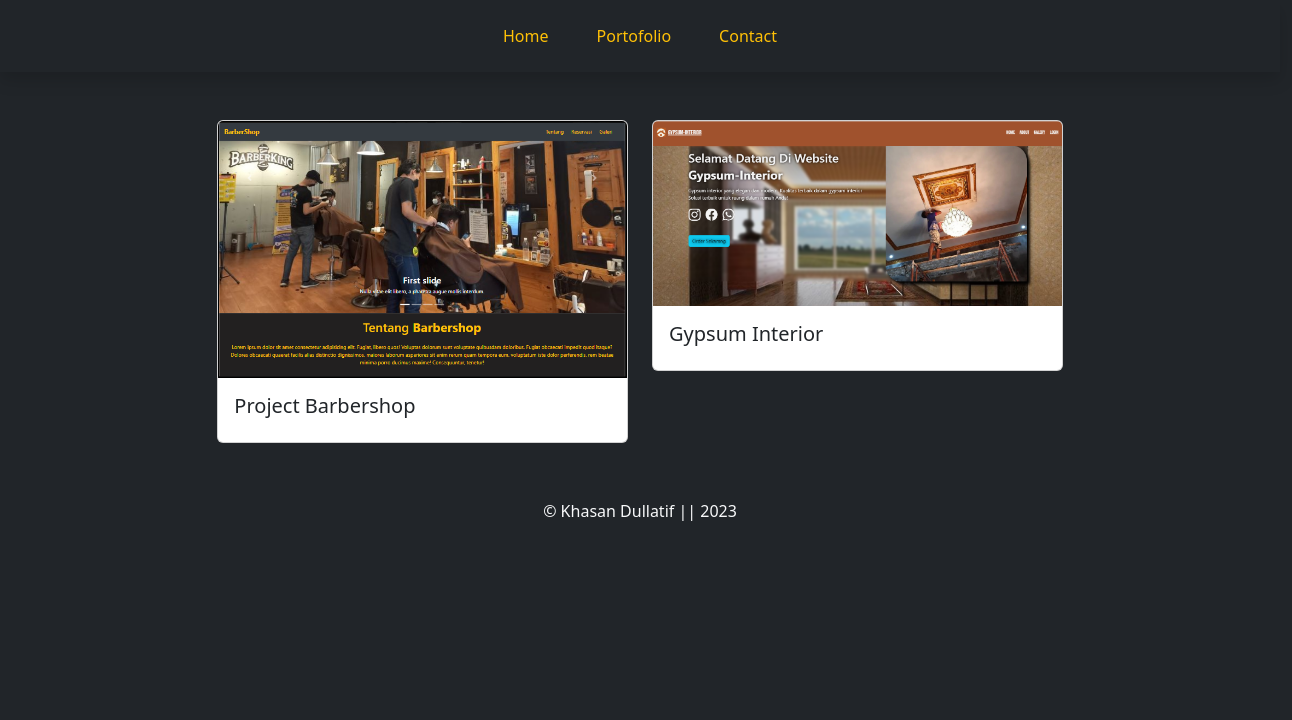
Repository: AHSANS354/Tugas-MSIB-5-GitHub
Page: tugas/tugas bootsrap/portofolio.html
These files come from the project's save history. The page is drawn as it stood at one moment and after the next save; the edit follows.
The browser window is 1280 px wide. The page is 1292 px wide, so the pictures cover 1292 px, including what lies to the right of the window. The pictures show the whole page.

Above is the page before, as saved 2023-09-19 17:42:43.

### tugas/tugas bootsrap/portofolio.html
<!DOCTYPE html>
<html lang="en">
  <head>
    <meta charset="utf-8" />
    <meta name="viewport" content="width=device-width, initial-scale=1" />
    <title>Bootstrap demo</title>
    <link href="https://cdn.jsdelivr.net/npm/bootstrap@5.3.2/dist/css/bootstrap.min.css" rel="stylesheet" integrity="sha384-T3c6CoIi6uLrA9TneNEoa7RxnatzjcDSCmG1MXxSR1GAsXEV/Dwwykc2MPK8M2HN" crossorigin="anonymous" />
  </head>
  <body class="bg-dark">
    <div class="home">
      <div class="row">
        <ul class="nav fixed-top justify-content-center bg-dark p-3 gap-3 shadow">
          <li class="nav-item">
            <a class="nav-link text-warning" href="home.html">Home</a>
          </li>
          <li class="nav-item">
            <a class="nav-link text-warning" href="portofolio.html">Portofolio</a>
          </li>
          <li class="nav-item">
            <a class="nav-link text-warning" href="contact.html">Contact</a>
          </li>
        </ul>
      </div>
      <div class="tab-content">
        <div class="row mt-5 pt-5 row-cols-1 row-cols-md-3 g-4 d-flex justify-content-center">
          <div class="col">
            <div class="card">
              <img src="images/barber.png" class="card-img-top" alt="..." />
              <div class="card-body">
                <h5 class="card-title">Project Barbershop</h5>
              </div>
            </div>
          </div>
          <div class="col">
            <div class="card">
              <img src="images/gipsum.png" class="card-img-top" alt="..." />
              <div class="card-body">
                <h5 class="card-title">Gypsum Interior</h5>
              </div>
            </div>
          </div>
        </div>
      </div>
      <footer class="footer text-light text-center mt-5 p-2">&copy; Khasan Dullatif || 2023</footer>
    </div>
    <script src="https://cdn.jsdelivr.net/npm/bootstrap@5.3.2/dist/js/bootstrap.bundle.min.js" integrity="sha384-C6RzsynM9kWDrMNeT87bh95OGNyZPhcTNXj1NW7RuBCsyN/o0jlpcV8Qyq46cDfL" crossorigin="anonymous"></script>
  </body>
</html>

After the next save:
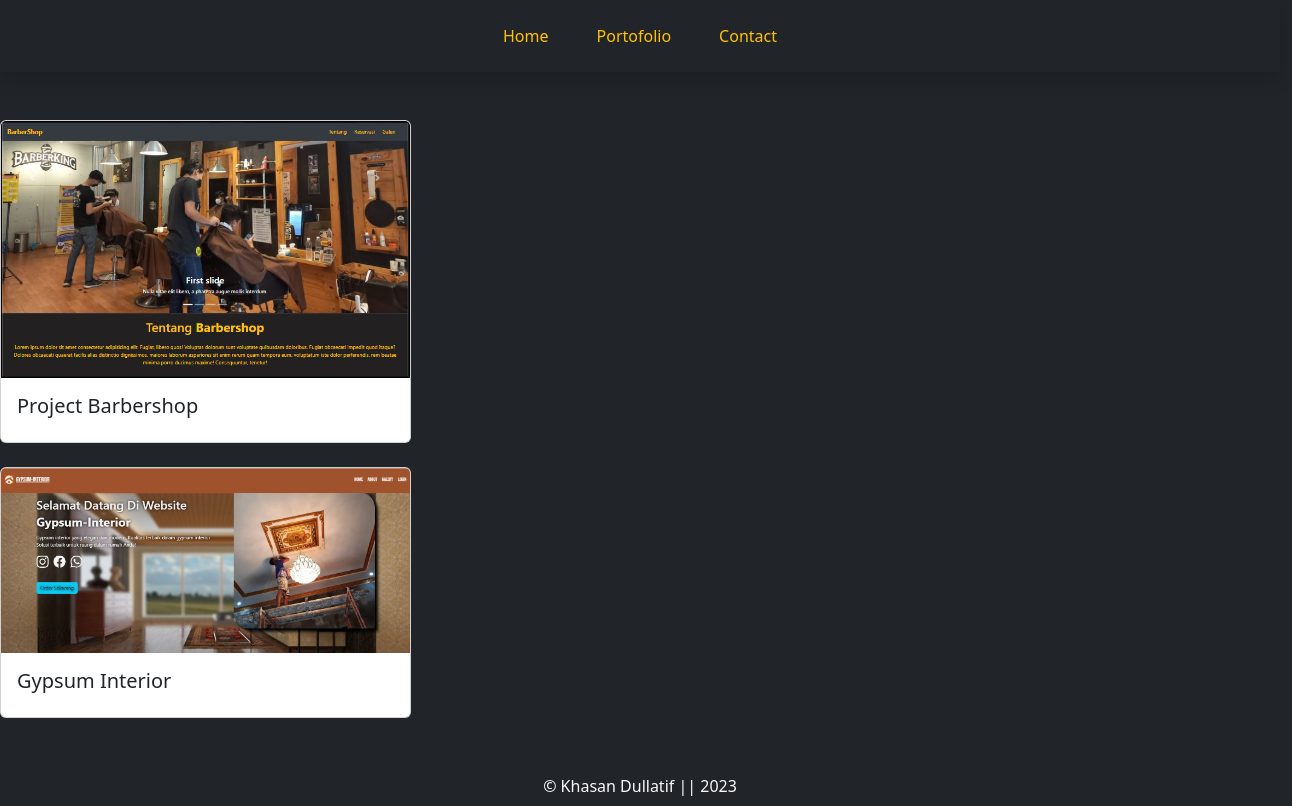
Saved 11 s later.
--- a/tugas/tugas bootsrap/portofolio.html
+++ b/tugas/tugas bootsrap/portofolio.html
@@ -22,7 +22,7 @@
         </ul>
       </div>
       <div class="tab-content">
-        <div class="row mt-5 pt-5 row-cols-1 row-cols-md-3 g-4 d-flex justify-content-center">
+        <div class="row mt-5 pt-5 row-cols-1 row-cols-md-3 g-4 d-flex flex-column">
           <div class="col">
             <div class="card">
               <img src="images/barber.png" class="card-img-top" alt="..." />
